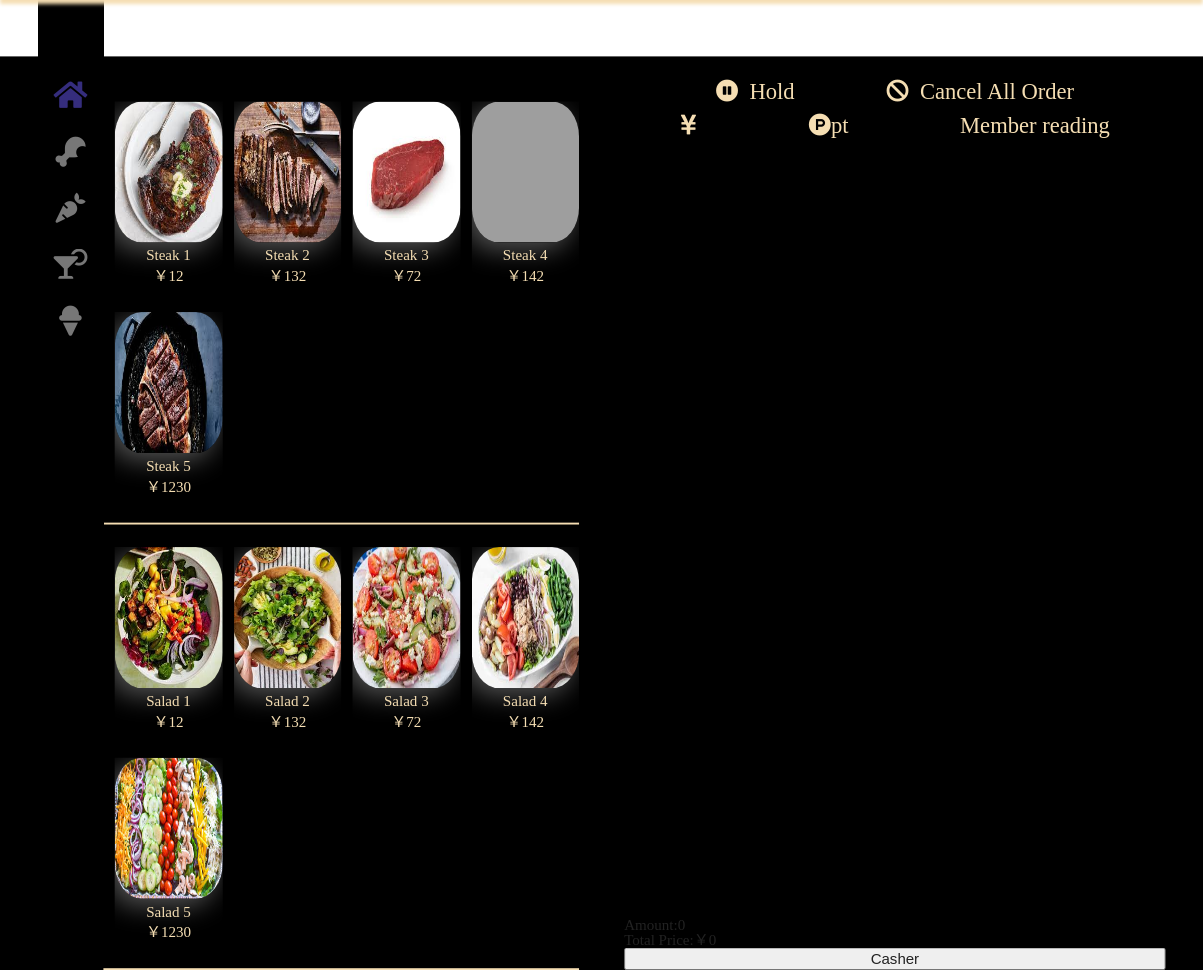
Repository: vuhungson158/Menu
Page: /
These files come from the project's save history. The page is drawn as it stood at one moment and after the next save; the edit follows.
The browser window is 1280 px wide. The pictures show the whole page, at 94% of full size.
Pictures or frames that could not be fetched are drawn as grey boxes. The project was rebuilt for these pictures with package versions that can differ from the ones it lists, and the page was loaded fresh each time. Also part of the build but not shown: src/component/mainMenu/orderBlock/orderContent/OrderedItem.jsx, src/redux-store/actions/HoldActions.jsx, src/component/mainMenu/orderBlock/utilities/HoldItem.jsx.

Above is the page before, as saved 2021-08-22 10:19:59.

### public/index.html
<!DOCTYPE html>
<html lang="en">
  <head>
    <meta charset="utf-8" />
    <link rel="icon" href="%PUBLIC_URL%/favicon.ico" />
    <meta name="viewport" content="width=device-width, initial-scale=1" />
    <meta name="theme-color" content="#000000" />
    <meta
      name="description"
      content="Web site created using create-react-app"
    />
    <link rel="apple-touch-icon" href="%PUBLIC_URL%/logo192.png" />
    <!--
      manifest.json provides metadata used when your web app is installed on a
      user's mobile device or desktop. See https://developers.google.com/web/fundamentals/web-app-manifest/
    -->
    <link rel="manifest" href="%PUBLIC_URL%/manifest.json" />
    <link rel="stylesheet" href="fontawesome-5.15.3-web/css/all.min.css">

    <!--
      Notice the use of %PUBLIC_URL% in the tags above.
      It will be replaced with the URL of the `public` folder during the build.
      Only files inside the `public` folder can be referenced from the HTML.

      Unlike "/favicon.ico" or "favicon.ico", "%PUBLIC_URL%/favicon.ico" will
      work correctly both with client-side routing and a non-root public URL.
      Learn how to configure a non-root public URL by running `npm run build`.
    -->
    <title>Restaurant Menu</title>
  </head>
  <body>
    <noscript>You need to enable JavaScript to run this app.</noscript>
    <div id="root"></div>
    <!--
      This HTML file is a template.
      If you open it directly in the browser, you will see an empty page.

      You can add webfonts, meta tags, or analytics to this file.
      The build step will place the bundled scripts into the <body> tag.

      To begin the development, run `npm start` or `yarn start`.
      To create a production bundle, use `npm run build` or `yarn build`.
    -->
  </body>
</html>

### src/redux-store/index.jsx
import { createStore, applyMiddleware } from "redux";
import { composeWithDevTools } from "redux-devtools-extension";
import thunk from "redux-thunk";
import rootReducer from "./reducers";

const initialState = {};

const middleware = [thunk];

const store = createStore(
    rootReducer,
    initialState,
    composeWithDevTools(applyMiddleware(...middleware))
);

export default store;

### src/component/mainMenu/index.jsx
import React from 'react';
import CenterMenu from './centerMenu';
import OrderBlock from './orderBlock';

const MainMenu = () => {
    return (
        <div id="main-menu">
            <div className="container">
                <div className="grid">
                    <CenterMenu />
                    <OrderBlock />
                </div>
            </div>
        </div >
    )
}

export default MainMenu

### src/styles/App.scss
@import "./_variables";
@import "./mixin";

* {
    box-sizing: border-box;
    font-family: "Fira sans", sans-serif;
}
body {
    font-size: 10px;
}

@media (max-width: $breakpoint_mobile) {
    :root {
        --container_width: 100%;
    }
}
@media (min-width: $breakpoint_mobile) {
    :root {
        --container_width: 720px;
    }
}
@media (min-width: $breakpoint_ipad) {
    :root {
        --container_width: 960px;
    }
}
@media (min-width: $breakpoint_sm_pc) {
    :root {
        --container_width: 1200px;
    }
}
@media (min-width: $breakpoint_pc) {
    :root {
        --container_width: 1800px;
    }
}

.container {
    margin: 0 auto;
    max-width: var(--container_width);
}

#navbar {
    position: fixed;
    height: $navbar_height;
    top: 0;
    left: 0;
    right: 0;
    z-index: $navbar_z-index;
    background-color: $background-color_1st;
    color: $color_1st;
    box-shadow: 0 4px 4px 0 $color_1st;
    transition: 0.5s;

    .container {
        position: relative;
        display: flex;
        align-items: center;
        justify-content: space-between;

        h1 {
            color: $color_1st;
            font-size: 3.6rem;
            font-weight: 900;
            letter-spacing: 2px;
            text-transform: uppercase;
        }

        #clock {
            font-size: 2.4rem;
            font-weight: 600;
        }

        .setting-icon {
            display: block;
            position: relative;
            z-index: 1;
            user-select: none;
            appearance: none;
            border: none;
            outline: none;
            background: none;
            cursor: pointer;

            span {
                display: block;
                position: relative;
                width: 36px;
                height: 4px;
                margin-bottom: 6px;
                background-color: $background-color_2nd;
                border-radius: 10%;
                z-index: 1;
                transform-origin: 0 0;
                transition: 0.5s;
            }

            &:hover span:nth-child(2) {
                background-color: $color_3rd;
            }

            &.active {
                span:nth-child(1) {
                    transform: translate(0px, -2px) rotate(45deg);
                }
                span:nth-child(2) {
                    opacity: 0;
                    transform: translateX(36px);
                }
                span:nth-child(3) {
                    transform: translate(-3px, 3px) rotate(-45deg);
                }
            }
            .setting-menu {
                position: absolute;
                right: 0;
                border: 2px solid $color_2nd;
                border-radius: 5%;
                overflow: hidden;
                padding: 12px;
                background-color: $background-color_1st;
                cursor: auto;
                animation: dropDown 0.2s;

                li {
                    min-width: 120px;
                    cursor: pointer;
                    text-align: center;
                    padding: 12px 8px;
                    font-size: 1.6rem;
                    transition: 0.2s;
                    &:hover {
                        transform: scale(1.2);
                        color: $color_3rd;
                    }
                }
            }
        }
    }
}

#main-menu {
    background-color: $background-color_1st;
    margin-top: $navbar_height;
    min-height: 100vh;
    .container {
        padding-top: 24px;
        .grid {
            --margin_left: 48px;
            display: flex;
            margin-left: calc(-1 * var(--margin_left));
            #center-menu,
            #order-block {
                margin-left: var(--margin_left);
                width: calc(50% - var(--margin_left));
            }
            #center-menu {
                --side-nav_width: 70px;
                #side-nav {
                    position: fixed;
                    top: 0;
                    bottom: 0;
                    width: var(--side-nav_width);
                    background: $background-color_1st;
                    overflow: hidden;
                    transition: width 0.2s;
                    z-index: 1;
                    &:hover {
                        width: 300px;
                    }
                    ul {
                        position: absolute;
                        top: 0;
                        left: 0;
                        width: 100%;
                        padding-left: 5px;
                        top: 10%;
                        li {
                            opacity: 0.5;
                            a {
                                position: relative;
                                display: block;
                                width: 100%;
                                display: flex;
                                text-decoration: none;
                                color: $color_2nd;
                                font-size: 2rem;
                                .icon {
                                    position: relative;
                                    display: block;
                                    min-width: 60px;
                                    height: 60px;
                                    line-height: 60px;
                                    text-align: center;
                                    i {
                                        position: relative;
                                        font-size: 2rem;
                                        z-index: 1;
                                    }
                                }
                                .title {
                                    position: relative;
                                    display: block;
                                    padding-left: 10px;
                                    height: 60px;
                                    line-height: 60px;
                                    white-space: nowrap;
                                }
                            }
                            &.active,
                            &:hover {
                                .icon,
                                .title {
                                    transition: 0.2s;
                                    color: $color_3rd;
                                }
                            }
                        }
                    }
                }
                #menu {
                    margin-left: calc(var(--side-nav_width) + 12px);
                    .page {
                        --spacing: 12px;
                        --columns: 4;
                        display: flex;
                        flex-wrap: wrap;
                        margin-left: calc(-1 * var(--spacing));
                        margin-top: calc(2 * var(--spacing));
                        border-bottom: 2px solid $background-color_2nd;
                        .food-item {
                            overflow: hidden;
                            margin-left: var(--spacing);
                            width: calc(100% / var(--columns) - var(--spacing));
                            display: flex;
                            flex-direction: column;
                            height: 200px;
                            cursor: pointer;
                            margin-bottom: calc(2 * var(--spacing));
                            transition: 0.2s;
                            &:hover .food-img {
                                box-shadow: 7px -7px 28px 0 $background-color_3rd;
                            }
                            .food-img {
                                height: 150px;
                                border-radius: 25%;
                                box-shadow: -7px 7px 28px 0 $box-shadow-color;
                            }
                            .food-name,
                            .food-price {
                                color: $color_1st;
                                text-align: center;
                                margin-top: calc(0.5 * var(--spacing));
                            }
                        }
                    }
                }
            }
            #order-block {
                display: flex;
                flex-direction: column;
                #utilities {
                    position: relative;
                    display: flex;
                    color: $color_1st;
                    justify-content: space-evenly;
                    font-size: 1.5rem;
                    z-index: 1;
                    & > div {
                        cursor: pointer;
                        transition: 0.2s;
                        &:hover {
                            color: $color_3rd;
                        }
                    }
                    #hold-table {
                        position: absolute;
                        left: 0;
                        width: 100%;
                        z-index: 100;
                        background-color: $background-color_1st;
                        border: 1px solid $background-color_2nd;
                        cursor: default;
                        text-align: center;
                        margin-top: 24px;
                        animation: dropDown 0.2s;
                        &:hover {
                            color: $color_1st;
                        }
                        thead {
                            background-color: $background-color_4th;
                            td {
                                color: $color_1st;
                                padding: 6px 0;
                                font-weight: 600;
                            }
                        }
                        tbody {
                            tr {
                                transition: 0.2s;
                                cursor: pointer;
                                box-sizing: border-box;
                                td {
                                    padding: 24px 0;
                                }
                                &:hover {
                                    color: $color_3rd;
                                    border: 1px solid $background-color_2nd;
                                }
                            }
                        }
                    }
                }
                #member-info{
                    display: flex;
                    justify-content: space-around;
                    color: $color_1st;
                    font-size: 1.5rem;
                    margin-top: 12px;
                }
                #order-list {
                    flex-grow: 1;
                }
            }
        }
    }
}

### src/redux-store/reducers/index.jsx
import { combineReducers } from "redux";
import HoldReducer from "./HoldReducer";
import MenuReducer from "./MenuReducer";
import OrderReducer from "./OrderReducer";

const rootReducer = combineReducers({
    menu: MenuReducer,
    order: OrderReducer,
    hold:HoldReducer
});

export default rootReducer;

### src/component/mainMenu/centerMenu/index.jsx
import React from 'react';
import MenuPage from './MenuPage';
import PropTypes from 'prop-types';
import { connect } from 'react-redux';
import SideBar from './sidebar';

const CenterMenu = ({ foods }) => {
    return (
        <div id="center-menu">
            <SideBar />
            <div id="menu">
                {
                    Object.entries(foods).map(page => (
                        <MenuPage key={page[0]} page={page[1]} />
                    ))
                }
            </div>
        </div >
    )
};

CenterMenu.prototype = {
    foods: PropTypes.array.isRequired,
};

const mapStateToProps = state => ({
    foods: state.menu.foods
});

export default connect(mapStateToProps)(CenterMenu)

### src/component/mainMenu/orderBlock/index.jsx
import React from 'react'
import MemberInfo from './MemberInfo'
import OrderedContent from './orderContent'
import Utilities from './utilities'


const OrderBlock = () => {

    return (
        <div id="order-block" className="d-flex flex-column">
            <Utilities />
            <MemberInfo />
            <OrderedContent />
            <button id="casher-btn" className="btn btn-primary">Casher</button>
        </div>
    )
}

export default OrderBlock

### src/component/navbar/Clock.jsx
import React, { useEffect, useState } from 'react'
import { showTime } from '../../pure-JS/MyTime';

const Clock = () => {

    const [clock, setClock] = useState("")

    useEffect(() => {
        const intervalClock = setInterval(() => setClock(showTime()), 1000);
        return () => clearInterval(intervalClock);
    }, []);

    return (
        <div id="clock">{clock ? clock : showTime()}</div>
    )
}

export default Clock

### src/styles/_variables.scss
:root {
    --spacing: 0;
    --container_width: 0;
    --columns: 0;
}

// Color
$color_1st: wheat;
$color_2nd: #eee;
$color_3rd: #6a5af9;
$color_4th: #3d6ef7;
$color_light: #ededed;
$color_dark: black;

$box-shadow-color: #555;

// Background Color
$background-color_1st: black;
$background-color_2nd: wheat;
$background-color_3rd: #6a5af9;
$background-color_4th: #3D6EF7;;

// z-index
$navbar_z-index: 99;

// Height
$navbar_height: 60px;

// Width
$breakpoint_mobile: 768px;
$breakpoint_ipad: 1024px;
$breakpoint_sm_pc: 1224px;
$breakpoint_pc: 1824px;

### src/styles/_mixin.scss
@keyframes dropDown {
    0% {
        transform: translateY(-100px);
    }
    100% {
        transform: skewY(0);
    }
}

### src/redux-store/reducers/HoldReducer.jsx
import { MAKE_HOLD } from "../actions/TYPE";

var initialState = {
    holder: [{}, {}, {}, {}, {}, {}, {}, {}, {}, {}]
}

const HoldReducer = (state = initialState, action) => {
    const { type, payload } = action;

    switch (type) {
        case MAKE_HOLD:
            if (payload.totalAmount === 0) {
                state.holder[payload.index] = {};
                return state;
            } else {
                state.holder[payload.index] = payload;
                return state;
            }
        default:
            return state;
    }
};

export default HoldReducer;

### src/redux-store/reducers/MenuReducer.jsx
import { SWITCH_BRANCH } from "../actions/TYPE";
import { MenuInitialState } from "./MenuInitialState";

const MenuReducer = (state = MenuInitialState, action) => {
    const { type, payload } = action;

    switch (type) {
        case SWITCH_BRANCH:
            return {
                ...state,
                branchs: state.branchs.map((branch) => {
                    if (branch.id === payload) branch.active = true;
                    else if (branch.active) branch.active = false;
                    return branch;
                })
            };
        default:
            return state;
    }
};

export default MenuReducer;

### src/component/mainMenu/centerMenu/MenuPage.jsx
import React from 'react'
import MenuItem from './MenuItem'

const MenuPage = ({ page }) => {
    return (
        <div className="page">
            {
                page.map((food) => (
                    <MenuItem key={food.id} food={food} />
                ))
            }
        </div>
    )
}

export default MenuPage

### src/component/mainMenu/centerMenu/sidebar/index.jsx
import React from 'react'
import PropTypes from 'prop-types';
import { connect } from 'react-redux';
import { switchBranch } from '../../../../redux-store/actions/MenuActions';

const SideBar = ({branchs, switchBranch}) => {
    return (
        <div id="side-nav" className="side-nav">
            <ul>
                {
                    branchs.map((branch) => (
                        <li key={branch.id} className={branch.active ? "list active" : "list"} >
                            <a href="/#" onClick={() => switchBranch(branch.id)}>
                                <span className="icon"><i className={branch.icon}></i></span>
                                <span className="title">{branch.name}</span>
                            </a>
                        </li>
                    ))
                }
            </ul>
        </div>
    )
}

SideBar.prototype = {
    branchs: PropTypes.array.isRequired,
    switchBranch: PropTypes.func.isRequired
};

const mapStateToProps = state => ({
    branchs: state.menu.branchs
});

export default connect(mapStateToProps, { switchBranch })(SideBar)

### src/component/mainMenu/orderBlock/MemberInfo.jsx
import React from 'react'

const MemberInfo = () => {
    return (
        <div id="member-info">
            <div>
                <i className="fas fa-yen-sign"></i>
                <span></span>
            </div>
            <div>
                <i className="fab fa-product-hunt"></i>
                <span>pt</span>
            </div>
            <div>
                Member reading
            </div>
        </div>
    )
}

export default MemberInfo

### src/component/mainMenu/centerMenu/MenuItem.jsx
import React from 'react'
import PropTypes from 'prop-types';
import { connect } from 'react-redux';
import { addToOrder } from '../../../redux-store/actions/OrderActions';

const MenuItem = ({ food, addToOrder }) => {

    return (
        <div className="food-item" key={food.id} onClick={() => { addToOrder(food) }}>
            <img className="food-img" src={food.img} alt="" />
            <div className="food-name">{food.name}</div>
            <div className="food-price">￥{food.price}</div>
        </div>
    )
}

MenuItem.prototype = {
    addToOrder: PropTypes.func.isRequired,
};

const mapStateToProps = state => ({
});

export default connect(mapStateToProps, { addToOrder })(MenuItem)

### src/redux-store/actions/MenuActions.jsx
import { SWITCH_BRANCH } from "./TYPE";


export const switchBranch = newID => dispatch => {
    dispatch({
        type: SWITCH_BRANCH,
        payload: newID
    })
};

### src/redux-store/actions/OrderActions.jsx
import { ADD_ORDER, AMOUNT_DOWN, AMOUNT_UP, CHANGE_AMOUNT, CLEAR_ALL, HOLD_TO_ORDER } from "./TYPE";
import { v4 as uuidV4 } from "uuid";

export const addToOrder = item => dispatch => {
    dispatch({
        type: ADD_ORDER,
        payload: { ...item, id: uuidV4(), amount: 1 }
    })
};

export const holdToOrder = orders => dispatch => {
    dispatch({
        type: HOLD_TO_ORDER,
        payload: orders
    })
};

export const changeAmount = (id, amount) => dispatch => {
    dispatch({
        type: CHANGE_AMOUNT,
        payload: { id, amount: parseInt(amount, 10) }
    })
};

export const amountUp = id => dispatch => {
    dispatch({
        type: AMOUNT_UP,
        payload: id
    })
};

export const amountDown = (id, amount) => dispatch => {
    dispatch({
        type: AMOUNT_DOWN,
        payload: { id, amount }
    })
};

export const clearAll = () => dispatch => {
    dispatch({
        type: CLEAR_ALL,
        payload: null
    })
};

Loaded but not shown: src/serviceWorker.js (common file); src/styles/Reset.css (common file); public/fontawesome-5.15.3-web/css/all.min.css (library); src/redux-store/reducers/MenuInitialState.js (124 lines, source omitted); src/index.js (20 lines, source omitted); src/redux-store/actions/TYPE.js (13 lines, source omitted); src/pure-JS/MyTime.js (13 lines, source omitted); src/App.js (16 lines, source omitted); src/redux-store/reducers/OrderReducer.jsx (71 lines, source omitted); src/component/mainMenu/orderBlock/utilities/index.jsx (54 lines, source omitted); src/component/navbar/index.jsx (47 lines, source omitted); src/component/mainMenu/orderBlock/orderContent/index.jsx (43 lines, source omitted)

After the next save:
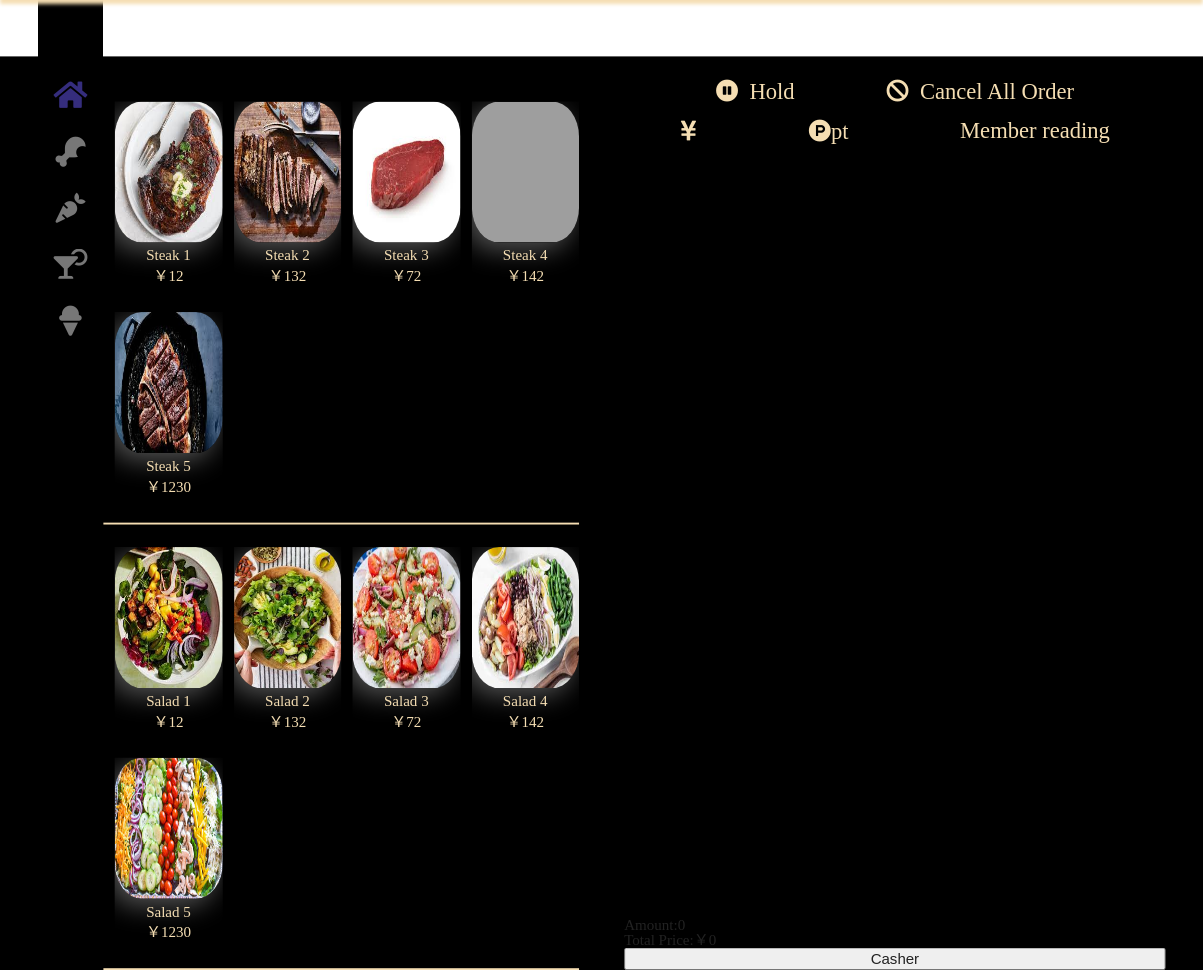
Saved 4 s later.
--- a/src/styles/App.scss
+++ b/src/styles/App.scss
@@ -316,7 +316,7 @@ body {
                     justify-content: space-around;
                     color: $color_1st;
                     font-size: 1.5rem;
-                    margin-top: 12px;
+                    margin-top: 18px;
                 }
                 #order-list {
                     flex-grow: 1;
